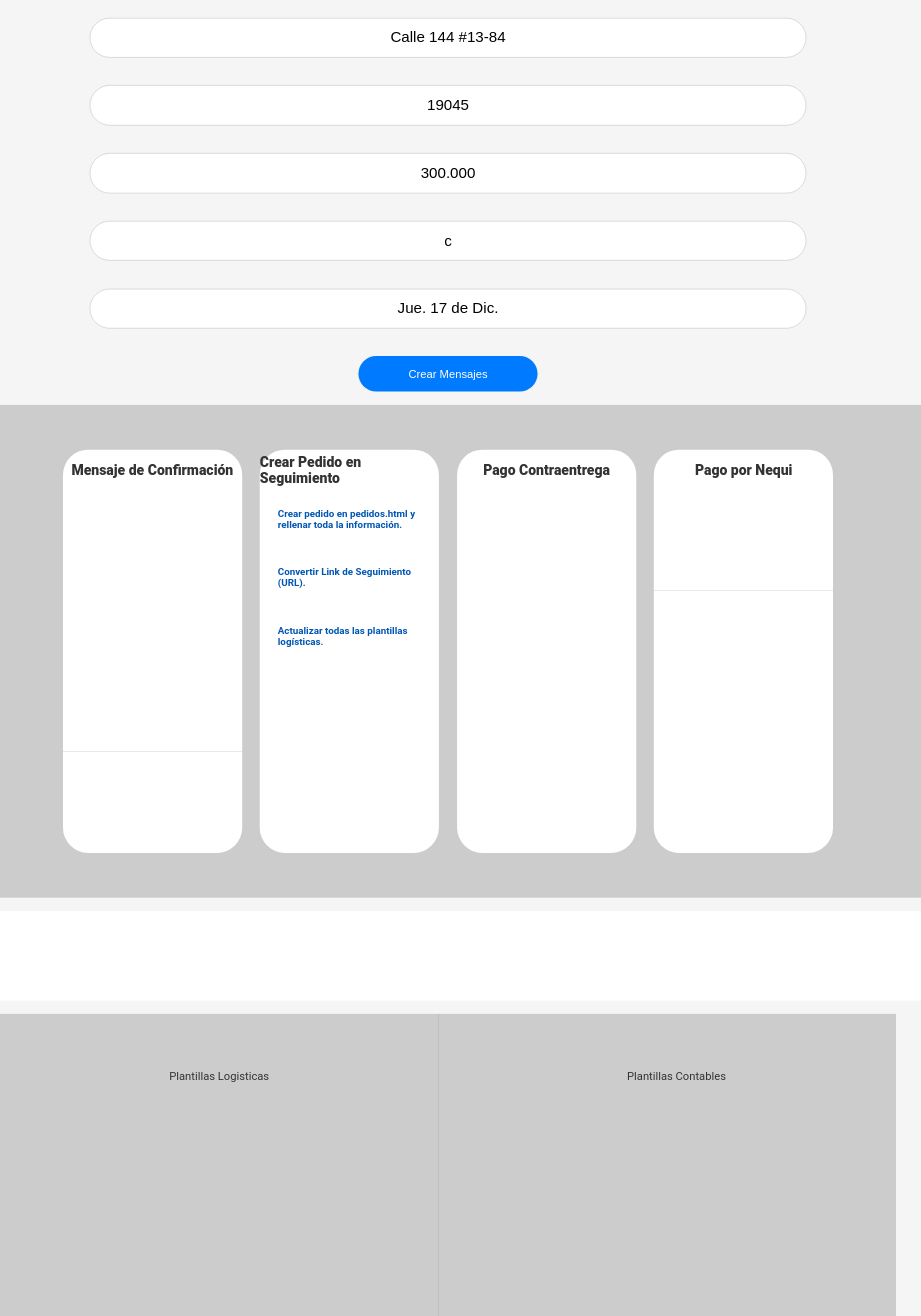
Repository: aCoupon0/intranet
Page: 1/venta-1.html
These files come from the project's save history. The page is drawn as it stood at one moment and after the next save; the edit follows.
The browser window is 1280 px wide. The page is 1316 px wide, so the pictures cover 1316 px, including what lies to the right of the window. The pictures show the part of the page from y = 789 to 2669 px (the page is 2669 px tall), at 70% of full size.

Above is the page before, as saved 2024-12-09 15:52:04.

After the next save:
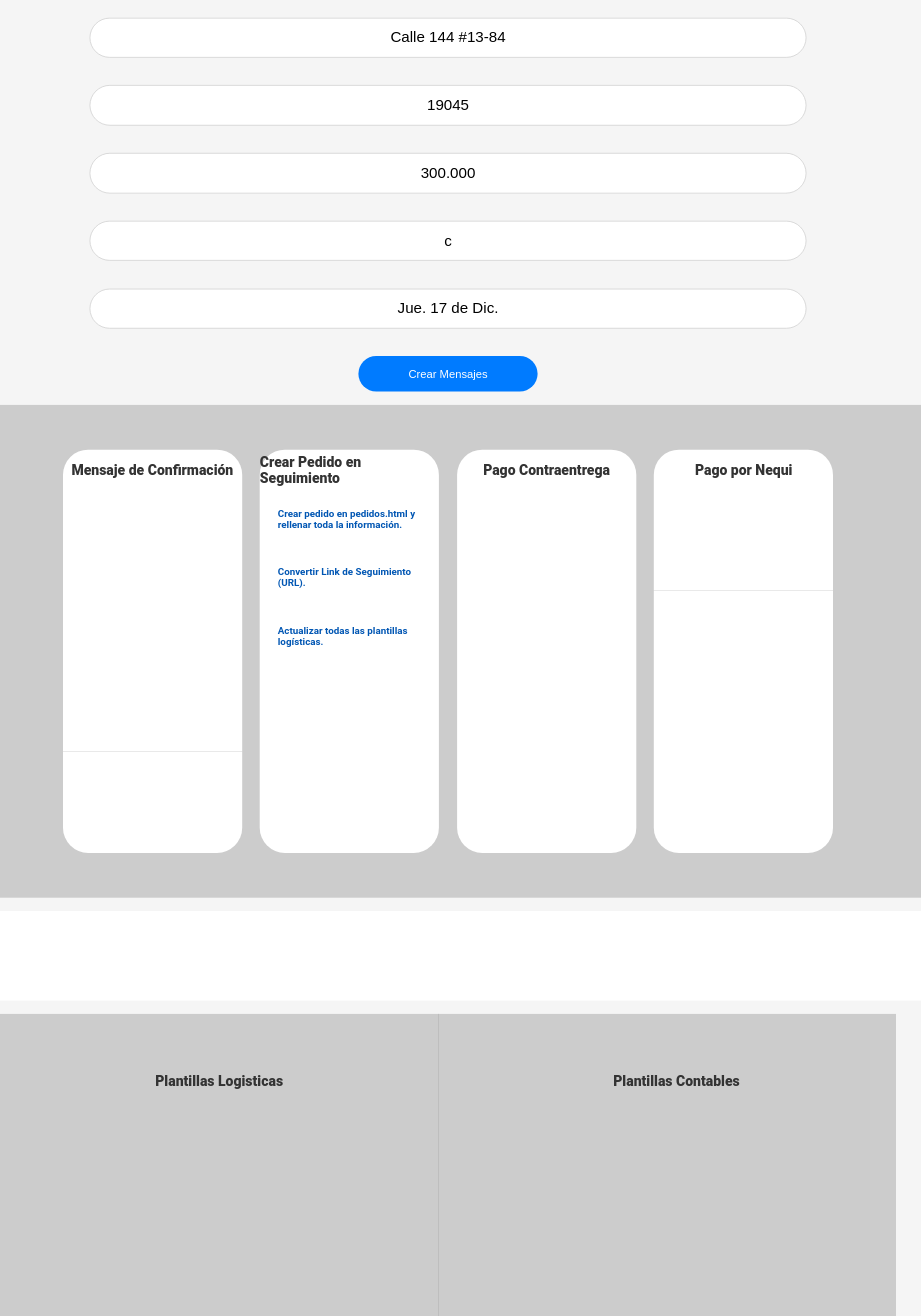
Saved 22 s later.
--- a/css/venta.css
+++ b/css/venta.css
@@ -248,3 +248,8 @@ input {
     box-sizing: border-box;
     text-align: left;
 }
+
+.tercera-title {
+    font-size: 20px;
+    font-weight: 800;
+}
